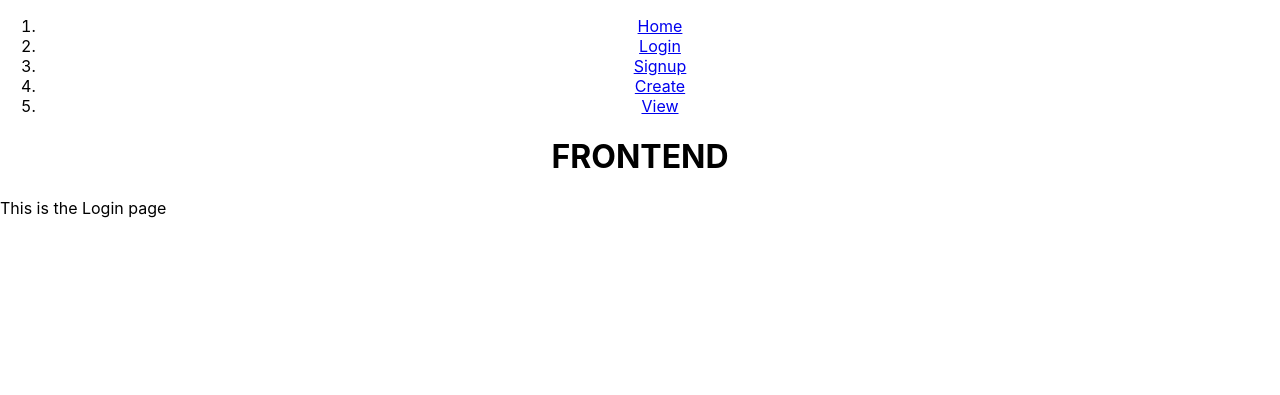
Repository: MikeTroianello/SuPro
Page: /login (app in frontend/)
These files come from the project's save history. The page is drawn as it stood at one moment and after a run of saves; the edit follows.
The browser window is 1280 px wide. The pictures show the whole page.
The project was rebuilt for these pictures with package versions that can differ from the ones it lists, and the page was loaded fresh each time. A package was used in the major version that the imports need, not the one package.json lists. Also part of the build but not shown: frontend/src/components/Home.js, frontend/src/components/Signup.js, frontend/src/components/Create.js, frontend/src/components/View.js.

Above is the page before, as saved 2019-10-04 14:38:37.

After the next 2 saves:
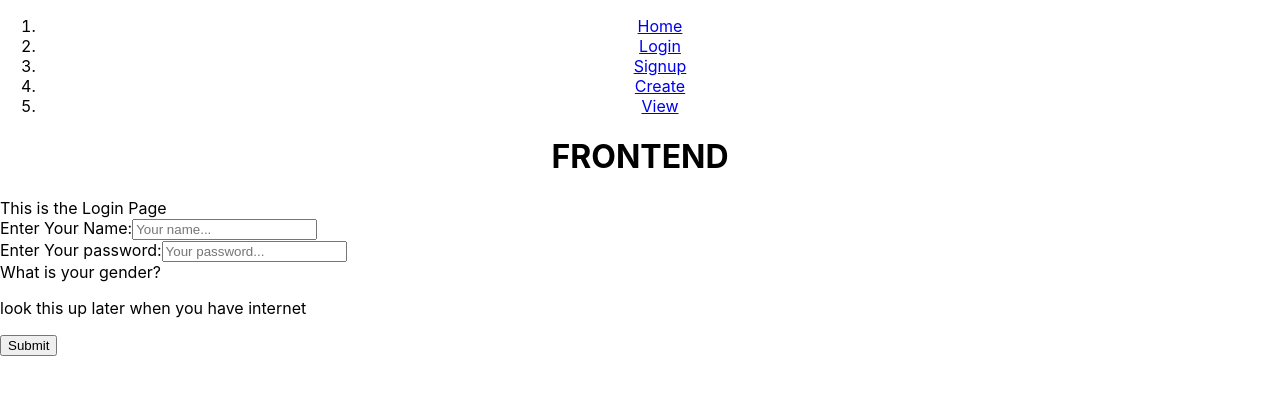
The 2 saves are shown as one change because 1 did not build or start.
The last was saved 8 min 0 s later.
--- a/frontend/src/components/Login.js
+++ b/frontend/src/components/Login.js
@@ -2,6 +2,34 @@ import React, { Component } from 'react';
 
 export default class Login extends Component {
   render() {
-    return <div>This is the Login page</div>;
+    return (
+      <div>
+        This is the Login Page
+        <form onSubmit={this.handleSubmit}>
+          <div className='form-piece'>
+            <label htmlFor='name'>Enter Your Name:</label>
+            <input
+              name='name'
+              placeholder='Your name...'
+              onChange={this.handleChange}
+            />
+          </div>
+          <div className='form-piece'>
+            <label htmlFor='password'>Enter Your password:</label>
+            <input
+              name='password'
+              placeholder='Your password...'
+              onChange={this.handleChange}
+            />
+          </div>
+          <div className='form-piece'>
+            <label htmlFor='gender'>What is your gender?</label>
+            <p>look this up later when you have internet</p>
+            {/* <input>male, female, nonbinary</input> */}
+          </div>
+          <button>Submit</button>
+        </form>
+      </div>
+    );
   }
 }
